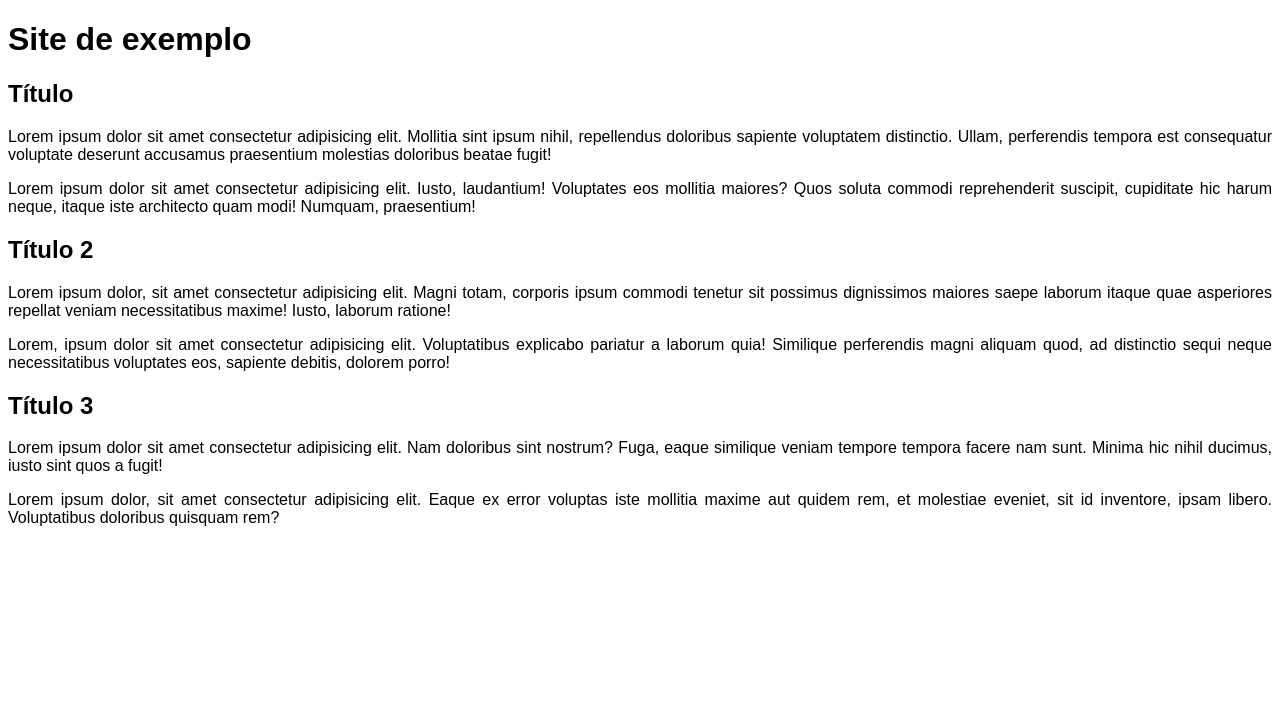
Repository: pheonix5/Estudo
Page: html-css/exercicios/ex016/cor03.html
These files come from the project's save history. The page is drawn as it stood at one moment and after the next save; the edit follows.
The browser window is 1280 px wide. The pictures show the whole page.

Above is the page before, as saved 2023-08-10 21:46:34.

After the next save:
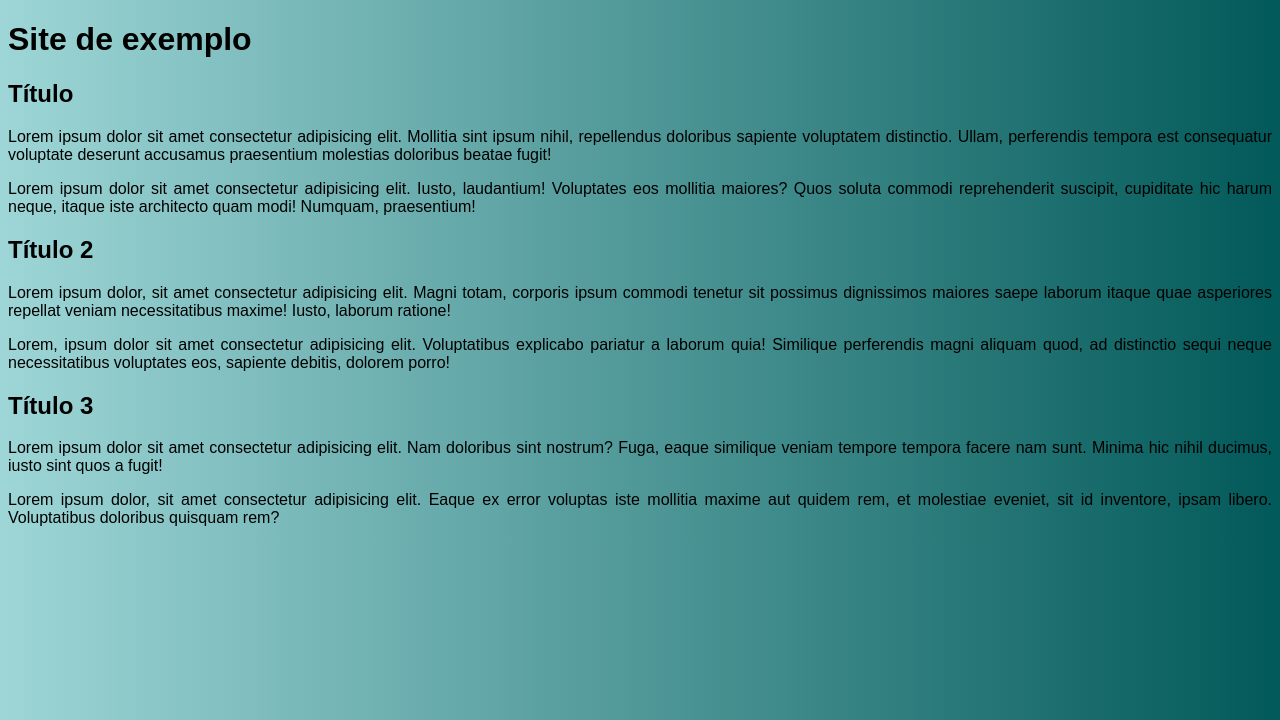
Saved 2 min 30 s later.
--- a/html-css/exercicios/ex016/style.css
+++ b/html-css/exercicios/ex016/style.css
@@ -5,6 +5,10 @@
   /* height: 100%; */
 }
 
+body{
+  background-image: linear-gradient(to right, #9ED6D7 , #025959 );
+}
+
 p{
   text-align: justify;
 }
